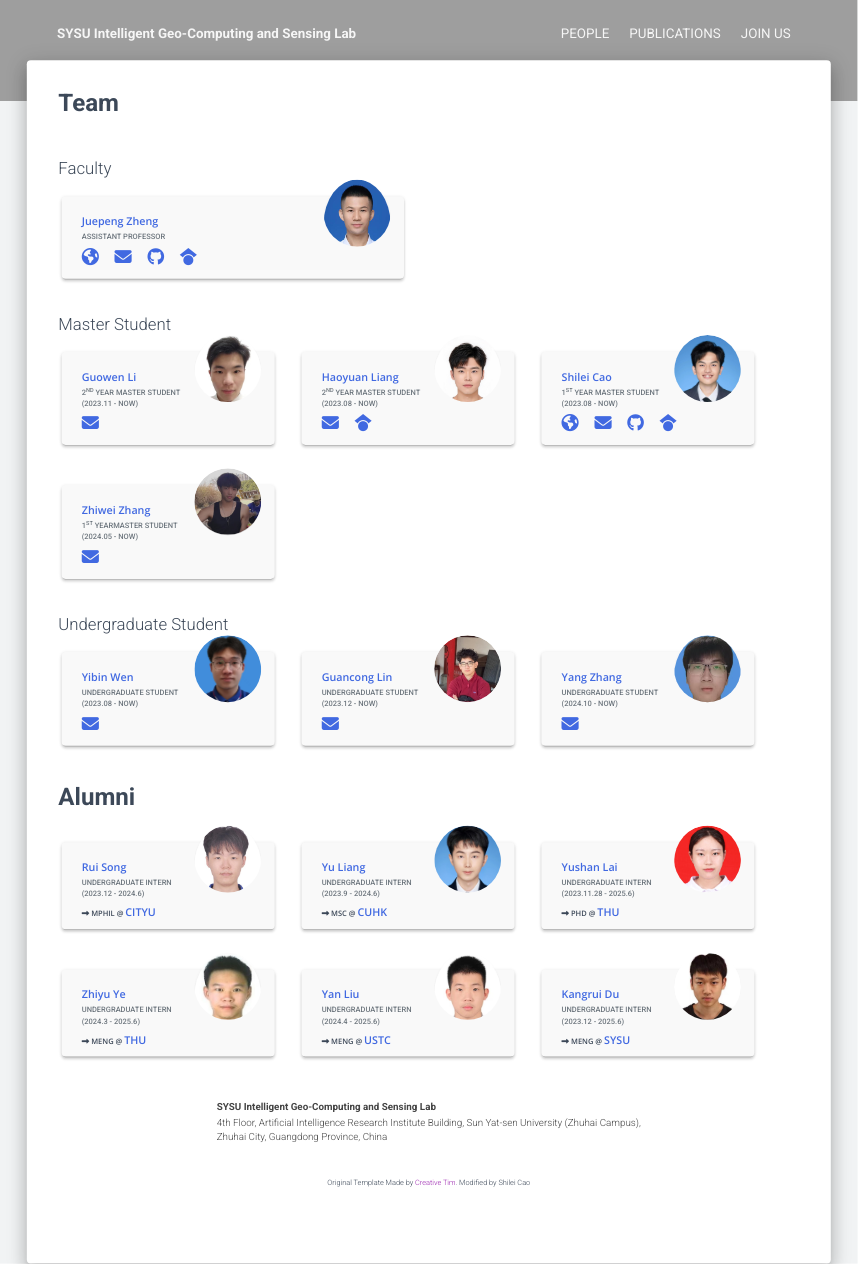
Repository: rssysu/rssysu.github.io
Page: people.html
These files come from the project's save history. The page is drawn as it stood at one moment and after the next save; the edit follows.
The browser window is 1280 px wide. The pictures show the whole page, at 67% of full size.
Pictures or frames that could not be fetched are drawn as grey boxes. Some web libraries are served in a nearby version.

Above is the page before, as saved 2025-05-30 22:12:18.

After the next save:
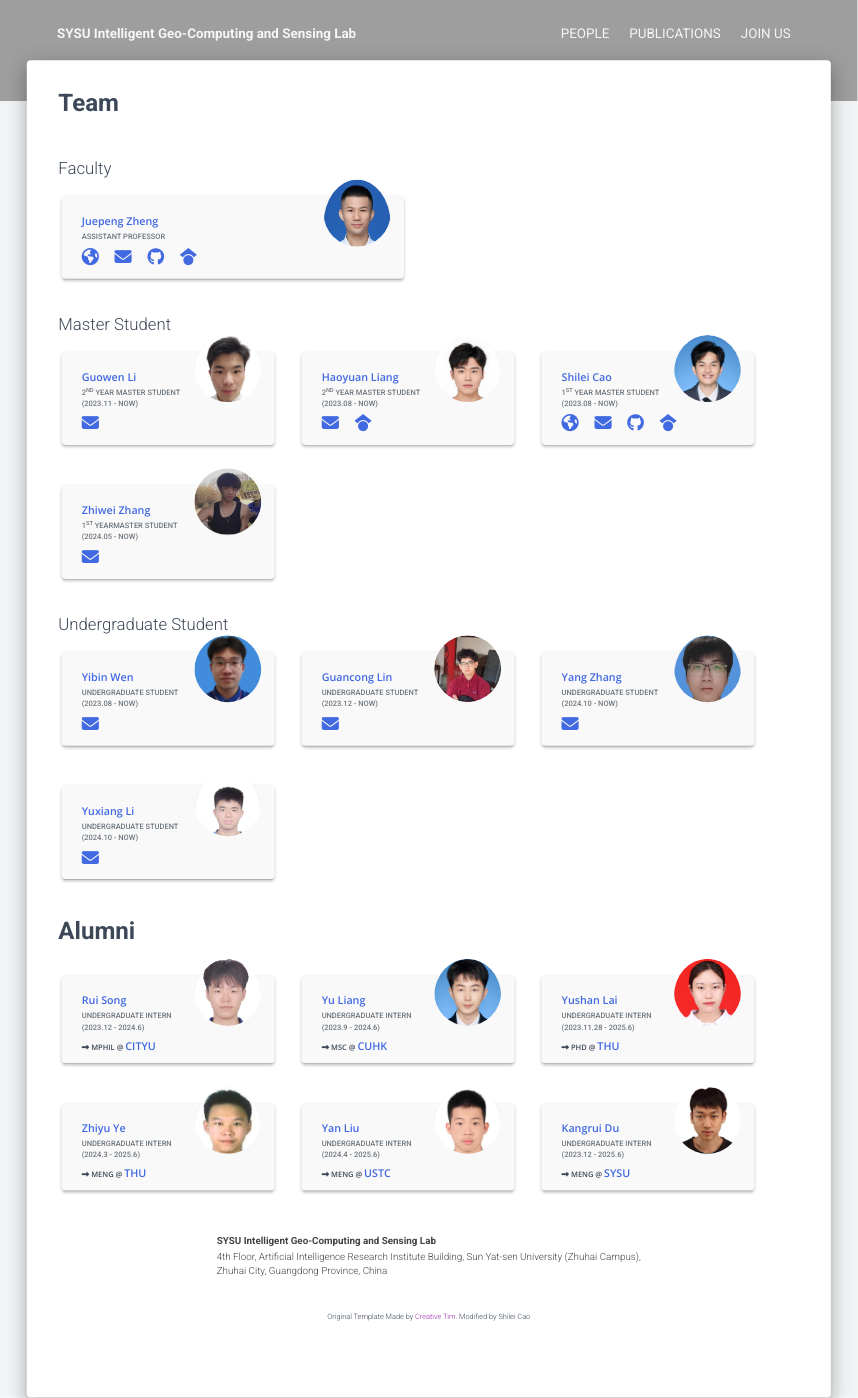
Saved 15 min 39 s later.
--- a/people.html
+++ b/people.html
@@ -189,6 +189,21 @@
                     </div>
                 </div>
 
+                <div class="card" style="width: 28%;">
+                    <div class="card-body">
+                          <div class="author">
+                              <div class="avatar">
+                                  <img src="./assets/img/kit/faces/lyx.jpg" class="img-raised rounded-circle img-fluid"/>
+                              </div>
+                          </div>
+                          <h4 class="card-title"> <a href="./assets/resume/lyx.html" target="_blank">  Yuxiang Li </a></h4>
+                          <h6 class="card-subtitle mb-2 text-muted">Undergraduate Student <br> (2024.10 - Now)</h6>
+
+                            <a href="mailto:liyx566@mail2.sysu.edu.cn" class="card-link"><i class="fa fa-envelope fa-2x" aria-hidden="true"></i></a>
+
+                    </div>
+                </div>
+
             </div>
 
 
